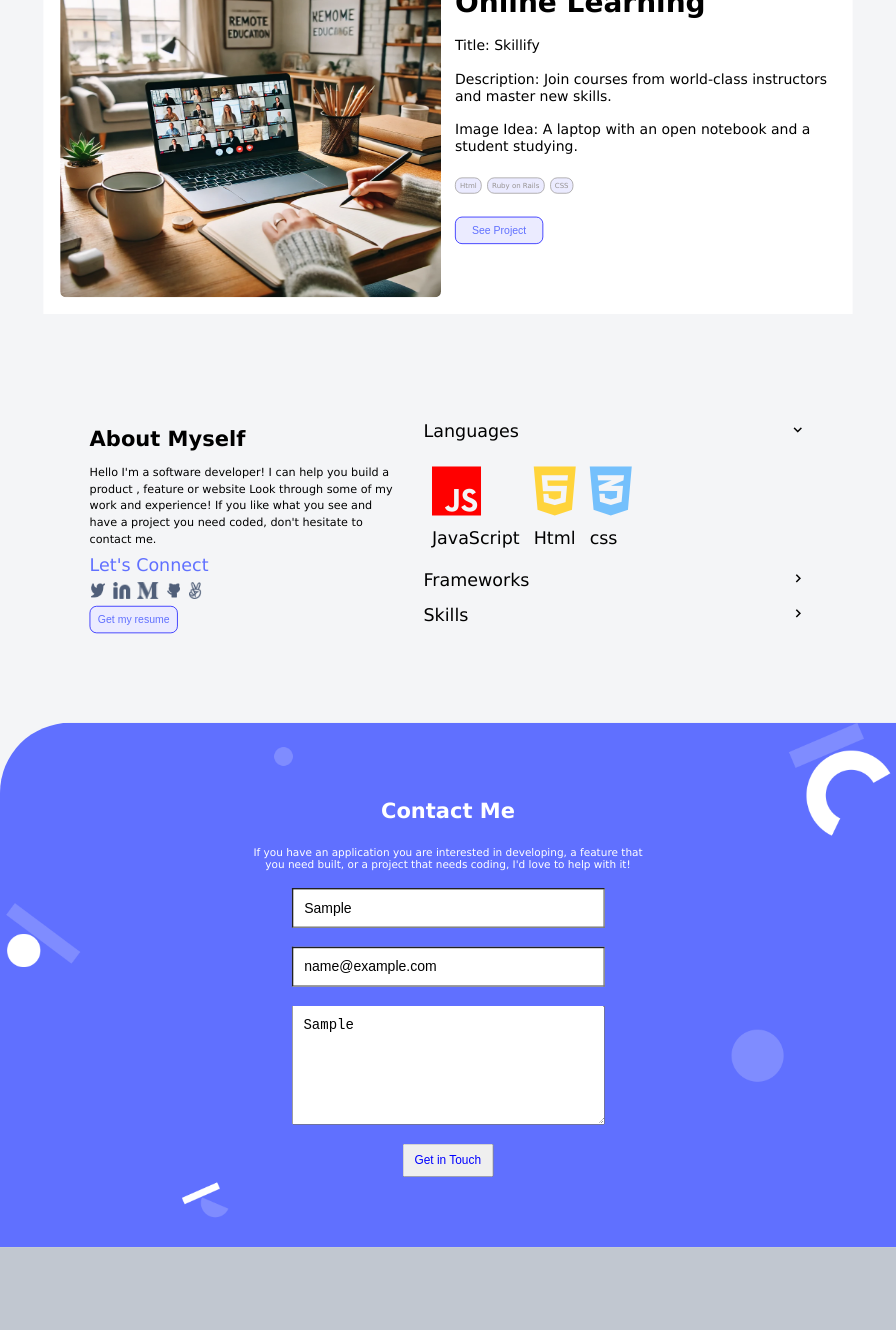
Repository: usman3123/portfolio-template-3
Page: index.html
These files come from the project's save history. The page is drawn as it stood at one moment and after the next save; the edit follows.
The browser window is 1280 px wide. The pictures show the part of the page from y = 2831 to 4731 px (the page is 5333 px tall before and 5461 px after), at 70% of full size.
Empty fields were first filled with sample values (such as "Sample", 5 or name@example.com).
After loading, the first visible `button.content-btn` was clicked once.
Pictures or frames that could not be fetched are drawn as grey boxes. Some web libraries are served in a nearby version.

Above is the page before, as saved 2025-01-29 19:15:51.
Console error: ReferenceError: element is not defined

After the next save:
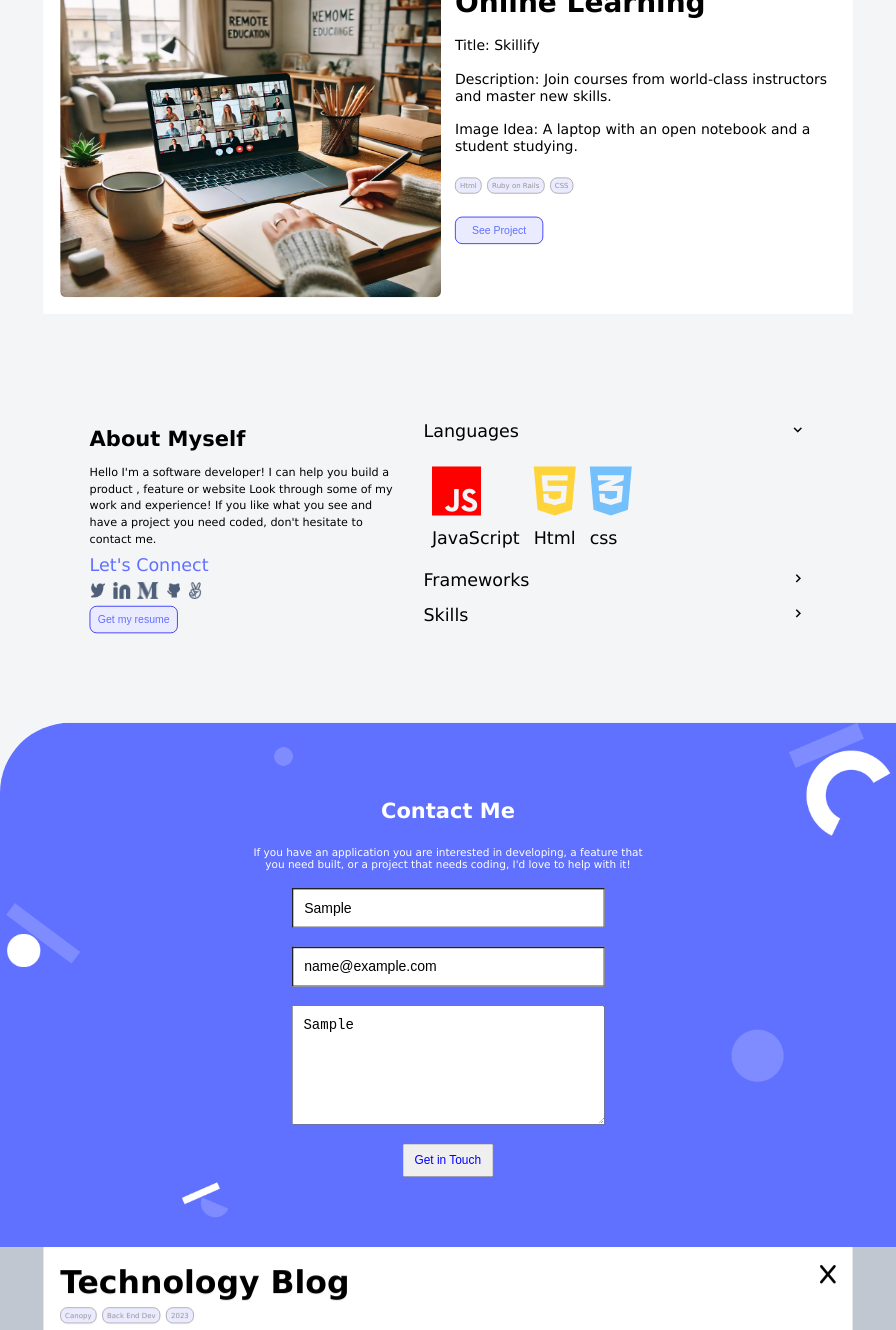
The error is gone.
Saved 62 s later.
--- a/index.js
+++ b/index.js
@@ -78,11 +78,11 @@ arr.forEach((element) => {
 });
 const btn = document.querySelectorAll(".content-btn");
 btn.forEach((e,i)=> {
-  e.addEventListener("click",(element)=> {
-    popup(element,arr[i]);
+  e.addEventListener("click",()=> {
+    popup(arr[i]);
   })
 })
-function popup() {
+function popup(element) {
   const popup = document.querySelector(".container");
     popup.innerHTML =
       `<div class="inner-container">
